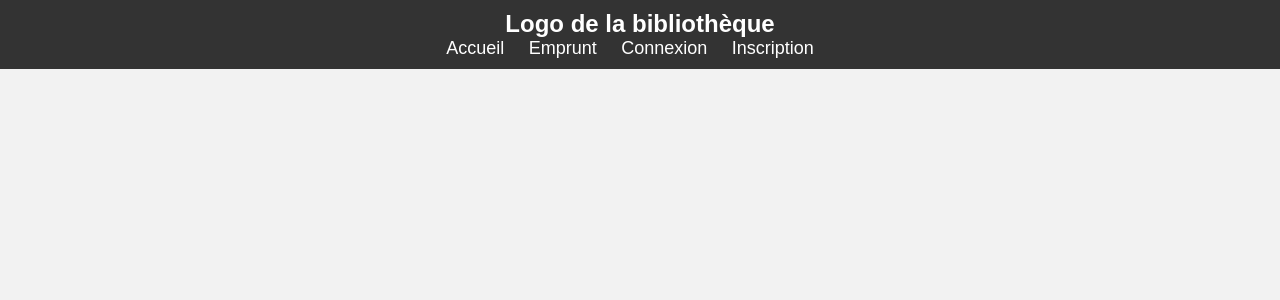
Repository: Eurin-lumen/space
Page: http://localhost/
These files come from the project's save history. The page is drawn as it stood at one moment and after the next save; the edit follows.
The browser window is 1280 px wide. The pictures show the whole page.
The page is run by PHP 8.4 with error messages shown; the project is at /var/www/html/. Queries for data that is not in the repository find no rows.

Above is the page before, as saved 2023-07-23 19:51:46.

### index.php
<?php
require_once 'includes/config.php';
require_once 'includes/functions.php';

// Récupérer tous les livres disponibles
$books = getAllBooks();
?>

<!DOCTYPE html>
<html>
<head>
    <title>Page d'accueil</title>
    <link rel="stylesheet" type="text/css" href="css/style.css">
    <!-- <link rel="stylesheet" type="text/css" href="user/user_style.css"> -->

</head>
<body>
    <?php include 'header.php'; ?>

    <main>
        <div class="book-list">
            <?php foreach ($books as $book) : ?>
                <div class="book">
                    <img src="images/<?php echo $book['image']; ?>" alt="<?php echo $book['title']; ?>">
                    <h2><?php echo $book['title']; ?></h2>
                    <p><strong>Auteur :</strong> <?php echo $book['author']; ?></p>
                    <p><strong>Domaine :</strong> <?php echo $book['domain']; ?></p>
                    <p><strong>Description :</strong> <?php echo $book['description']; ?></p>
                    <p><strong>Nombre d'exemplaires disponibles :</strong> <?php echo $book['copies']; ?></p>
                    <a href="user/view_book.php?id=<?php echo $book['id']; ?>" class="view-button">Voir Détails</a>
                </div>
            <?php endforeach; ?>
        </div>
    </main>

</body>
</html>

### includes/config.php
<?php
// Configuration de la base de données
define('DB_HOST', 'localhost'); // Adresse du serveur de la base de données
define('DB_USER', 'root'); // Nom d'utilisateur de la base de données
define('DB_PASS', ''); // Mot de passe de la base de données
define('DB_NAME', 'library_management'); // Nom de la base de données

// Connexion à la base de données
$conn = mysqli_connect(DB_HOST, DB_USER, DB_PASS, DB_NAME);

// Vérifier la connexion
if (!$conn) {
    die("La connexion à la base de données a échoué : " . mysqli_connect_error());
}
?>

### includes/functions.php
<?php
require_once 'config.php';
///* CAPITAINE *////

// Fonction pour récupérer tous les livres de la base de données
function getAllBooks() {
    global $conn;

    $sql = "SELECT * FROM books";
    $result = mysqli_query($conn, $sql);

    $books = array();

    while ($row = mysqli_fetch_assoc($result)) {
        $books[] = $row;
    }

    return $books;
}


//**END CAPITAINE */

// Fonction pour vérifier les informations de connexion de l'utilisateur
function checkLogin($username, $password) {
    global $conn;
    $sql = "SELECT id, password FROM users WHERE username = ?";
    $stmt = mysqli_prepare($conn, $sql);

    if (!$stmt) {
        return false;
    }

    mysqli_stmt_bind_param($stmt, "s", $username);
    mysqli_stmt_execute($stmt);
    mysqli_stmt_bind_result($stmt, $user_id, $hashed_password);
    mysqli_stmt_fetch($stmt);
    mysqli_stmt_close($stmt);

    // Vérifier si le mot de passe haché correspond au mot de passe saisi
    if (password_verify($password, $hashed_password)) {
        return $user_id;
    } else {
        return false;
    }
}

// Fonction pour ajouter un nouvel utilisateur
function addUser($username, $hashed_password) {
    global $conn;
    $sql = "INSERT INTO users (username, password) VALUES (?, ?)";
    $stmt = mysqli_prepare($conn, $sql);

    if (!$stmt) {
        return false;
    }

    mysqli_stmt_bind_param($stmt, "ss", $username, $hashed_password);
    $result = mysqli_stmt_execute($stmt);
    mysqli_stmt_close($stmt);

    return $result;
}

// Fonction pour récupérer les informations de l'utilisateur par son ID
function getUserById($user_id) {
    global $conn;
    $sql = "SELECT id, username, role FROM users WHERE id = ?";
    $stmt = mysqli_prepare($conn, $sql);

    if (!$stmt) {
        return null;
    }

    mysqli_stmt_bind_param($stmt, "i", $user_id);
    mysqli_stmt_execute($stmt);
    mysqli_stmt_bind_result($stmt, $id, $username, $role);
    mysqli_stmt_fetch($stmt);
    mysqli_stmt_close($stmt);

    if (!$id) {
        return null;
    }

    return ['id' => $id, 'username' => $username, 'role' => $role];
}

// Fonction pour récupérer les informations de l'utilisateur par son nom d'utilisateur
function getUserByUsername($username) {
    global $conn;
    $sql = "SELECT id, username FROM users WHERE username = ?";
    $stmt = mysqli_prepare($conn, $sql);

    if (!$stmt) {
        return null;
    }

    mysqli_stmt_bind_param($stmt, "s", $username);
    mysqli_stmt_execute($stmt);
    mysqli_stmt_bind_result($stmt, $id, $username);
    mysqli_stmt_fetch($stmt);
    mysqli_stmt_close($stmt);

    if (!$id) {
        return null;
    }

    return ['id' => $id, 'username' => $username];
}


// Fonction pour récupérer les livres empruntés par un utilisateur par son ID
function getBorrowedBooksByUserId($user_id) {
    global $conn;

    $sql = "SELECT books.title, books.author, books.borrow_date FROM borrowed_books JOIN books ON borrowed_books.book_id = books.id WHERE borrowed_books.user_id = ?";
    $stmt = mysqli_prepare($conn, $sql);

    if (!$stmt) {
        return array();
    }

    mysqli_stmt_bind_param($stmt, "i", $user_id);

    if (mysqli_stmt_execute($stmt)) {
        $result = mysqli_stmt_get_result($stmt);
        $borrowedBooks = array();
        while ($book = mysqli_fetch_assoc($result)) {
            $borrowedBooks[] = $book;
        }
        return $borrowedBooks;
    } else {
        return array();
    }
}

// Fonction pour récupérer les informations d'un livre à partir de son identifiant
function getBookById($bookId) {
    global $conn;

    // Préparer la requête SQL pour récupérer les informations du livre
    $sql = "SELECT * FROM books WHERE id = ?";
    $stmt = mysqli_prepare($conn, $sql);

    // Vérifier si la préparation de la requête a réussi
    if (!$stmt) {
        return null; // Une erreur s'est produite lors de la préparation de la requête
    }

    mysqli_stmt_bind_param($stmt, "i", $bookId);

    // Exécuter la requête
    if (mysqli_stmt_execute($stmt)) {
        // Récupérer le résultat de la requête
        $result = mysqli_stmt_get_result($stmt);

        // Vérifier si un livre a été trouvé
        if (mysqli_num_rows($result) === 1) {
            // Récupérer les informations du livre
            $book = mysqli_fetch_assoc($result);
            return $book; // Retourner les informations du livre
        } else {
            return null; // Aucun livre trouvé avec l'identifiant donné
        }
    } else {
        return null; // Une erreur s'est produite lors de l'exécution de la requête
    }
}


// Fonction pour emprunter un livre
function borrowBook($userId, $bookId) {
    global $conn;

    // Vérifier le nombre d'emprunts en cours de l'utilisateur
    $borrowedBooksCount = getBorrowedBooksCount($userId);
    if ($borrowedBooksCount >= 3) {
        return false; // Limite d'emprunts atteinte, impossible d'emprunter plus de livres
    }

    // Vérifier si le livre est disponible (au moins une copie disponible)
    $book = getBookById($bookId);
    if ($book['copies'] <= 0) {
        return false; // Livre indisponible, aucune copie disponible pour l'emprunt
    }

    // Préparer la requête SQL pour enregistrer l'emprunt du livre
    $sql = "INSERT INTO borrowings (user_id, book_id, borrow_date) VALUES (?, ?, NOW())";
    $stmt = mysqli_prepare($conn, $sql);

    // Vérifier si la préparation de la requête a réussi
    if (!$stmt) {
        return false; // Une erreur s'est produite lors de la préparation de la requête
    }

    mysqli_stmt_bind_param($stmt, "ii", $userId, $bookId);

    // Exécuter la requête
    if (mysqli_stmt_execute($stmt)) {
        // Mettre à jour le nombre de copies disponibles du livre
        $updatedCopies = $book['copies'] - 1;
        updateBookCopies($bookId, $updatedCopies);
        return true; // Livre emprunté avec succès
    } else {
        return false; // Une erreur s'est produite lors de l'emprunt du livre
    }
}

// Fonction pour retourner un livre
function returnBook($userId, $bookId) {
    global $conn;

    // Vérifier si l'utilisateur a emprunté le livre
    if (!isBookBorrowedByUser($userId, $bookId)) {
        return false; // L'utilisateur n'a pas emprunté ce livre, impossible de le retourner
    }

    // Préparer la requête SQL pour supprimer l'emprunt du livre
    $sql = "DELETE FROM borrowings WHERE user_id = ? AND book_id = ?";
    $stmt = mysqli_prepare($conn, $sql);

    // Vérifier si la préparation de la requête a réussi
    if (!$stmt) {
        return false; // Une erreur s'est produite lors de la préparation de la requête
    }

    mysqli_stmt_bind_param($stmt, "ii", $userId, $bookId);

    // Exécuter la requête
    if (mysqli_stmt_execute($stmt)) {
        // Mettre à jour le nombre de copies disponibles du livre
        $book = getBookById($bookId);
        $updatedCopies = $book['copies'] + 1;
        updateBookCopies($bookId, $updatedCopies);
        return true; // Livre retourné avec succès
    } else {
        return false; // Une erreur s'est produite lors du retour du livre
    }
}


// Fonction pour récupérer le nombre d'emprunts d'un utilisateur
function getBorrowedBooksCount($userId) {
    global $conn;

    // Préparer la requête SQL pour compter le nombre d'emprunts de l'utilisateur
    $sql = "SELECT COUNT(*) AS count FROM borrowings WHERE user_id = ?";
    $stmt = mysqli_prepare($conn, $sql);

    // Vérifier si la préparation de la requête a réussi
    if (!$stmt) {
        return 0; // Une erreur s'est produite lors de la préparation de la requête
    }

    mysqli_stmt_bind_param($stmt, "i", $userId);

    // Exécuter la requête
    mysqli_stmt_execute($stmt);

    // Récupérer le résultat de la requête
    $result = mysqli_stmt_get_result($stmt);

    // Récupérer le nombre d'emprunts
    $row = mysqli_fetch_assoc($result);
    $count = $row['count'];

    return $count;
}


// Fonction pour vérifier si un livre est emprunté par un utilisateur
function isBookBorrowedByUser($userId, $bookId) {
    global $conn;

    // Préparer la requête SQL pour vérifier si le livre est emprunté par l'utilisateur
    $sql = "SELECT * FROM borrowings WHERE user_id = ? AND book_id = ?";
    $stmt = mysqli_prepare($conn, $sql);

    // Vérifier si la préparation de la requête a réussi
    if (!$stmt) {
        return false; // Une erreur s'est produite lors de la préparation de la requête
    }

    mysqli_stmt_bind_param($stmt, "ii", $userId, $bookId);

    // Exécuter la requête
    mysqli_stmt_execute($stmt);

    // Récupérer le résultat de la requête
    $result = mysqli_stmt_get_result($stmt);

    // Vérifier si le livre est emprunté par l'utilisateur
    if (mysqli_num_rows($result) > 0) {
        return true; // Le livre est emprunté par l'utilisateur
    } else {
        return false; // Le livre n'est pas emprunté par l'utilisateur
    }
}

// Fonction pour rechercher des livres par titre ou auteur
function searchBooks($keyword) {
    global $conn;
    $sql = "SELECT * FROM books WHERE title LIKE ? OR author LIKE ?";
    $stmt = mysqli_prepare($conn, $sql);

    if (!$stmt) {
        return null;
    }

    $searchKeyword = "%" . $keyword . "%";
    mysqli_stmt_bind_param($stmt, "ss", $searchKeyword, $searchKeyword);
    mysqli_stmt_execute($stmt);
    $result = mysqli_stmt_get_result($stmt);
    mysqli_stmt_close($stmt);

    $books = array();
    while ($row = mysqli_fetch_assoc($result)) {
        $books[] = $row;
    }

    return $books;
}


/** PART ADMIN */

function getAdminById($admin_id) {
    global $conn;
    $sql = "SELECT id, username FROM admins WHERE id = ?";
    $stmt = mysqli_prepare($conn, $sql);

    if (!$stmt) {
        return null;
    }

    mysqli_stmt_bind_param($stmt, "i", $admin_id);
    mysqli_stmt_execute($stmt);
    mysqli_stmt_bind_result($stmt, $id, $username);
    mysqli_stmt_fetch($stmt);
    mysqli_stmt_close($stmt);

    if (!$id) {
        return null;
    }

    return ['id' => $id, 'username' => $username];
}

function getAdminByUsername($username) {
    global $conn;
    $sql = "SELECT id, username, password FROM admins WHERE username = ?";
    $stmt = mysqli_prepare($conn, $sql);

    if (!$stmt) {
        return null;
    }

    mysqli_stmt_bind_param($stmt, "s", $username);
    mysqli_stmt_execute($stmt);
    mysqli_stmt_bind_result($stmt, $id, $username, $hashedPassword);
    mysqli_stmt_fetch($stmt);
    mysqli_stmt_close($stmt);

    if (!$id) {
        return null;
    }

    return ['id' => $id, 'username' => $username, 'password' => $hashedPassword];
}

// Fonction pour enregistrer un nouvel administrateur

function registerAdmin($username, $password, $confirm_password) {
    global $conn;

    // Vérifier si les mots de passe correspondent
    if ($password !== $confirm_password) {
        return false; // Les mots de passe ne correspondent pas
    }

    // Vérifier si l'administrateur existe déjà dans la base de données
    $query = "SELECT id FROM admins WHERE username = ?";
    $stmt = mysqli_prepare($conn, $query);

    if (!$stmt) {
        return false; // Une erreur s'est produite lors de la préparation de la requête
    }

    mysqli_stmt_bind_param($stmt, "s", $username);
    mysqli_stmt_execute($stmt);
    mysqli_stmt_store_result($stmt);

    if (mysqli_stmt_num_rows($stmt) > 0) {
        return false; // L'administrateur existe déjà
    }

    // Hasher le mot de passe avant de l'enregistrer dans la base de données
    $hashed_password = password_hash($password, PASSWORD_DEFAULT);

    // Insérer le nouvel administrateur dans la base de données
    $query = "INSERT INTO admins (username, password) VALUES (?, ?)";
    $stmt = mysqli_prepare($conn, $query);

    if (!$stmt) {
        return false; // Une erreur s'est produite lors de la préparation de la requête
    }

    mysqli_stmt_bind_param($stmt, "ss", $username, $hashed_password);

    if (mysqli_stmt_execute($stmt)) {
        return true; // L'administrateur a été enregistré avec succès
    } else {
        return false; // Une erreur s'est produite lors de l'enregistrement de l'administrateur
    }
}

// Fonction pour vérifier si l'administrateur est connecté
function isAdminLoggedIn() {
    return isset($_SESSION['admin_id']);
}

// Fonction pour gérer la connexion de l'administrateur
function adminLogin($username, $password) {
    global $conn;

    // Vérifier si l'administrateur existe dans la base de données
    $admin = getAdminByUsername($username);

    if (!$admin) {
        return false; // L'administrateur n'existe pas
    }

    // Vérifier le mot de passe
    if (password_verify($password, $admin['password'])) {
        // Le mot de passe est correct, enregistrer l'ID de l'administrateur dans la session
        $_SESSION['admin_id'] = $admin['id'];
        return true; // Connexion réussie
    } else {
        return false; // Mot de passe incorrect
    }
}


/*
function addBook($title, $author, $domain, $description, $copies, $image, $pdf) {
    global $conn;

    // Préparer la requête SQL pour insérer le nouveau livre
    $sql = "INSERT INTO books (title, author, domain, description, copies, image, pdf) VALUES (?, ?, ?, ?, ?, ?, ?)";
    $stmt = mysqli_prepare($conn, $sql);

    // Vérifier si la préparation de la requête a réussi
    if (!$stmt) {
        return false; // Une erreur s'est produite lors de la préparation de la requête
    }

    mysqli_stmt_bind_param($stmt, "ssssiss", $title, $author, $domain, $description, $copies, $image, $pdf);

    // Exécuter la requête
    if (mysqli_stmt_execute($stmt)) {
        return true; // Le livre a été ajouté avec succès
    } else {
        return false; // Une erreur s'est produite lors de l'ajout du livre
    }
} */

function addBook($title, $author, $domain, $description, $copies, $image, $pdf) {
    global $conn;

    // Vérifier si l'image a été téléchargée avec succès
    if (isset($_FILES['image']) && $_FILES['image']['error'] === UPLOAD_ERR_OK) {
        // Obtenir le nom temporaire du fichier téléchargé
        $tmp_name = $_FILES['image']['tmp_name'];

        // Définir le chemin où l'image sera stockée sur le serveur
        $image_filename = 'images/' . $_FILES['image']['name'];

        // Déplacer le fichier téléchargé vers son emplacement final
        move_uploaded_file($tmp_name, $image_filename);
    } else {
        // Si l'image n'a pas été téléchargée, définir le nom de fichier à null
        $image_filename = null;
    }

    // Préparer la requête SQL pour insérer le nouveau livre
    $sql = "INSERT INTO books (title, author, domain, description, copies, image_filename, pdf) VALUES (?, ?, ?, ?, ?, ?, ?)";
    $stmt = mysqli_prepare($conn, $sql);

    // Vérifier si la préparation de la requête a réussi
    if (!$stmt) {
        return false; // Une erreur s'est produite lors de la préparation de la requête
    }

    mysqli_stmt_bind_param($stmt, "ssssiss", $title, $author, $domain, $description, $copies, $image_filename, $pdf);

    // Exécuter la requête
    if (mysqli_stmt_execute($stmt)) {
        return true; // Le livre a été ajouté avec succès
    } else {
        return false; // Une erreur s'est produite lors de l'ajout du livre
    }
}
///METTRE A JOUR A PROBLEME
// Fonction pour mettre à jour les informations d'un livre
function updateBook($book_id, $title, $author, $domain, $description, $copies, $image, $pdf) {
    global $conn;

    // Préparer la requête SQL pour mettre à jour les informations du livre
    $sql = "UPDATE books SET title = ?, author = ?, domain = ?, description = ?, copies = ?, image = ?, pdf = ? WHERE id = ?";
    $stmt = mysqli_prepare($conn, $sql);

    // Vérifier si la préparation de la requête a réussi
    if (!$stmt) {
        return false; // Une erreur s'est produite lors de la préparation de la requête
    }

    mysqli_stmt_bind_param($stmt, "ssssisssi", $title, $author, $domain, $description, $copies, $image, $pdf, $book_id);

    // Exécuter la requête
    if (mysqli_stmt_execute($stmt)) {
        return true; // Le livre a été mis à jour avec succès
    } else {
        return false; // Une erreur s'est produite lors de la mise à jour du livre
    }
}


// Fonction pour supprimer un livre
function deleteBook($book_id) {
    global $conn;

    // Préparer la requête SQL pour supprimer le livre de la base de données
    $sql = "DELETE FROM books WHERE id = ?";
    $stmt = mysqli_prepare($conn, $sql);

    // Vérifier si la préparation de la requête a réussi
    if (!$stmt) {
        return false; // Une erreur s'est produite lors de la préparation de la requête
    }

    mysqli_stmt_bind_param($stmt, "i", $book_id);

    // Exécuter la requête
    if (mysqli_stmt_execute($stmt)) {
        return true; // Le livre a été supprimé avec succès
    } else {
        return false; // Une erreur s'est produite lors de la suppression du livre
    }
}



// includes/functions.php

function getBorrowedBooks() {
    global $conn;

    // Requête SQL pour récupérer les livres empruntés avec les informations sur l'utilisateur
    $sql = "SELECT books.id, books.title, books.author, users.username, borrowed_books.borrow_date, borrowed_books.is_returned
            FROM borrowed_books
            INNER JOIN books ON borrowed_books.book_id = books.id
            INNER JOIN users ON borrowed_books.user_id = users.id
            ORDER BY borrowed_books.borrow_date DESC";

    $result = mysqli_query($conn, $sql);

    if (!$result) {
        return false; // Une erreur s'est produite lors de l'exécution de la requête
    }

    $borrowed_books = array();

    while ($row = mysqli_fetch_assoc($result)) {
        $borrowed_books[] = $row;
    }

    return $borrowed_books;
}

### header.php
<!-- header.php -->
<header>
    <div class="logo">
        <a href="index.php">Logo de la bibliothèque</a>
    </div>
    <nav>
        <ul>
            <li><a href="index.php">Accueil</a></li>
            <li><a href="emprunt.php">Emprunt</a></li>
            <li><a href="connexion.php">Connexion</a></li>
            <li><a href="inscription.php">Inscription</a></li>
        </ul>
    </nav>
</header>

### css/style.css
/* Style commun pour toutes les pages */
body {
    font-family: Arial, sans-serif;
    margin: 0;
    padding: 0;
  }

  header {
    background-color: #333;
    color: #fff;
    padding: 10px;
    text-align: center;
  }

  main {
    padding: 20px;
  }

  /* Style spécifique pour la page search.php */
  .search-container {
    text-align: center;
  }

  .search-title {
    font-size: 24px;
    font-weight: bold;
    margin-bottom: 20px;
  }

  .search-form {
    display: flex;
    justify-content: center;
  }

  .search-input {
    padding: 10px;
    font-size: 16px;
    border: 1px solid #ccc;
    border-radius: 5px;
  }

  .search-button {
    padding: 10px 20px;
    background-color: #4CAF50;
    color: #fff;
    font-size: 16px;
    border: none;
    border-radius: 5px;
    cursor: pointer;
    margin-left: 10px;
  }

  .search-results {
    margin-top: 30px;
  }

  .search-result {
    border: 1px solid #ccc;
    border-radius: 5px;
    padding: 10px;
    margin-bottom: 10px;
  }

  .search-title {
    font-size: 20px;
    font-weight: bold;
  }

  .search-author {
    font-size: 16px;
    color: #888;
  }

  .search-description {
    font-size: 14px;
    color: #444;
  }


  /* Styles de base pour toute l'application */

/* Style du body */
body {
    font-family: Arial, sans-serif;
    margin: 0;
    padding: 0;
    background-color: #f2f2f2;
}

/* Style des liens */
a {
    color: #009688;
    text-decoration: none;
}

a:hover {
    color: #00796b;
}

/* Style des messages d'erreur */
.error-message {
    color: #ff0000;
}

/* Autres styles */
/* Vous pouvez ajouter d'autres styles de base spécifiques à votre projet */


/* Style pour l'en-tête (Header) */
header {
  background-color: #333;
  padding: 10px;
}

.logo {
  font-size: 24px;
  font-weight: bold;
  color: #fff;
}

.logo a {
  text-decoration: none;
  color: #fff;
}

nav ul {
  list-style-type: none;
  margin: 0;
  padding: 0;
}

nav li {
  display: inline-block;
  margin-right: 20px;
}

nav a {
  text-decoration: none;
  color: #fff;
  font-size: 18px;
  transition: color 0.3s;
}

nav a:hover {
  color: #ffcc00;
}

/* Style pour rendre l'en-tête dynamique (ajuster selon la taille de l'écran) */
@media screen and (max-width: 768px) {
  .logo {
      font-size: 20px;
  }

  nav {
      display: none;
  }

  /* Afficher le menu de navigation en version mobile */
  .menu-icon {
      display: block;
      font-size: 24px;
      color: #fff;
      cursor: pointer;
  }

  .menu-icon.active {
      display: none;
  }

  .menu-icon.active + nav {
      display: block;
  }
}

### css/header.css
/* Style pour l'en-tête (Header) */
header {
    background-color: #333;
    padding: 10px;
}

.logo {
    font-size: 24px;
    font-weight: bold;
    color: #fff;
}

.logo a {
    text-decoration: none;
    color: #fff;
}

nav ul {
    list-style-type: none;
    margin: 0;
    padding: 0;
}

nav li {
    display: inline-block;
    margin-right: 20px;
}

nav a {
    text-decoration: none;
    color: #fff;
    font-size: 18px;
    transition: color 0.3s;
}

nav a:hover {
    color: #ffcc00;
}

/* Style pour rendre l'en-tête dynamique (ajuster selon la taille de l'écran) */
@media screen and (max-width: 768px) {
    .logo {
        font-size: 20px;
    }

    nav {
        display: none;
    }

    /* Afficher le menu de navigation en version mobile */
    .menu-icon {
        display: block;
        font-size: 24px;
        color: #fff;
        cursor: pointer;
    }

    .menu-icon.active {
        display: none;
    }

    .menu-icon.active + nav {
        display: block;
    }
}

After the next save:
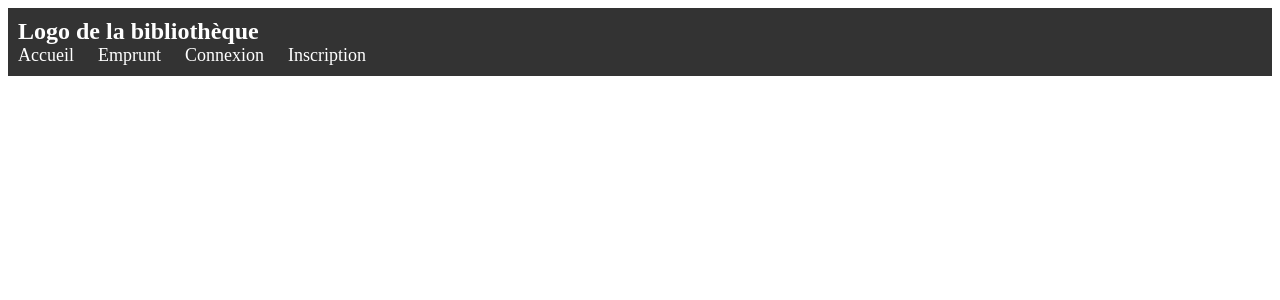
Saved 52 s later.
--- a/index.php
+++ b/index.php
@@ -10,8 +10,9 @@ $books = getAllBooks();
 <html>
 <head>
     <title>Page d'accueil</title>
-    <link rel="stylesheet" type="text/css" href="css/style.css">
+    <!-- <link rel="stylesheet" type="text/css" href="css/style.css"> -->
     <!-- <link rel="stylesheet" type="text/css" href="user/user_style.css"> -->
+    <link rel="stylesheet" href="css/header.css">
 
 </head>
 <body>
